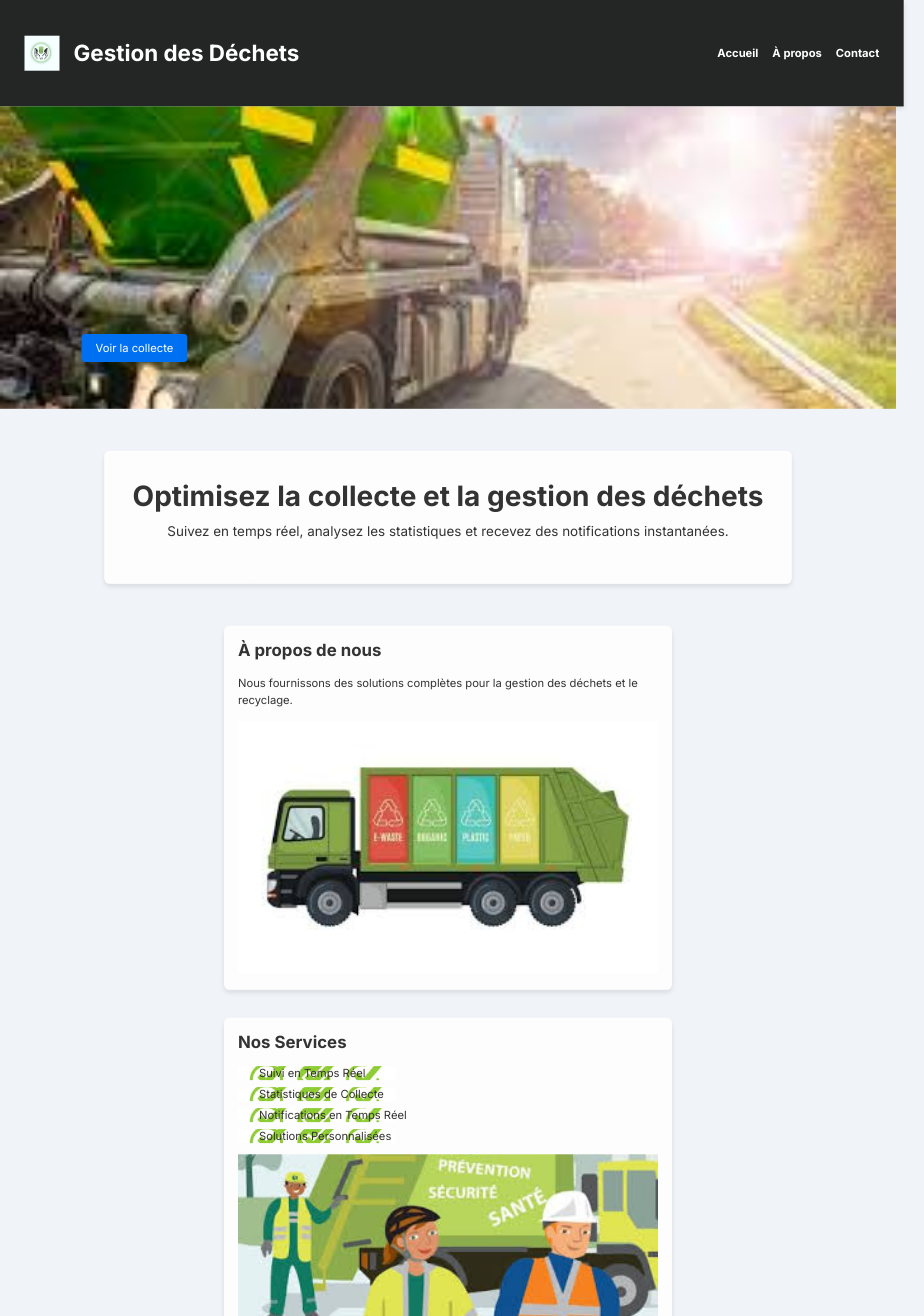
Repository: SystemInfoGeo/QGISproject
Page: / (app in NEXT/)
These files come from the project's save history. The page is drawn as it stood at one moment and after a run of saves; the edit follows.
The browser window is 1280 px wide. The page is 1320 px wide, so the pictures cover 1320 px, including what lies to the right of the window. The pictures show the part of the page from y = 0 to 1880 px (the page is 2753 px tall), at 70% of full size.
The project was rebuilt for these pictures with package versions that can differ from the ones it lists, and the page was loaded fresh each time. The framework's server and built-in components were replaced by stand-ins that run in the browser. Also part of the build but not shown: NEXT/next.config.mjs.

Above is the page before, as saved 2024-06-21 18:47:26.

### NEXT/app/layout.tsx
import type { Metadata } from 'next';
import { Inter } from 'next/font/google';
import './globals.css';

const inter = Inter({ subsets: ['latin'] });

export const metadata: Metadata = {
  title: 'Gestion de la Collecte des Déchets',
  description: 'Application de gestion de la collecte des déchets',
};

export default function RootLayout({
  children,
}: Readonly<{
  children: React.ReactNode;
}>) {
  return (
    <html lang="fr">
      <body className={inter.className}>{children}</body>
    </html>
  );
}

### NEXT/app/page.tsx
'use client';

import { useRouter } from 'next/navigation';
import Image from 'next/image';
import styles from './page.module.css';

export default function Home() {
  const router = useRouter();

  const navigateToCollect = () => {
    router.push('collect');
  };

  return (
    <div className={styles.container}>
      <header className={styles.header}>
        <div className={styles.logoContainer}>
          <Image src="/images/logo.jpg" alt="Logo" width={50} height={50} />
          <h1>Gestion des Déchets</h1>
        </div>
        <nav className={styles.nav}>
          <ul>
            <li><a href="#">Accueil</a></li>
            <li><a href="#about">À propos</a></li>
            <li><a href="#contact">Contact</a></li>
          </ul>
        </nav>
      </header>
      <section className={styles.backgroundSection}>
        <button className={styles.backgroundButton} onClick={navigateToCollect}>Voir la collecte</button>
      </section>
      <main className={styles.main}>
        <section className={styles.hero}>
          <h2>Optimisez la collecte et la gestion des déchets</h2>
          <p>Suivez en temps réel, analysez les statistiques et recevez des notifications instantanées.</p>
        </section>
        <section className={styles.section} id="about">
          <h2>À propos de nous</h2>
          <p>Nous fournissons des solutions complètes pour la gestion des déchets et le recyclage.</p>
          <Image src="/images/img2.jpg" alt="Camion de collecte" width={600} height={400} />
        </section>
        <section className={styles.section} id="services">
          <h2>Nos Services</h2>
          <ul>
            <li>Suivi en Temps Réel</li>
            <li>Statistiques de Collecte</li>
            <li>Notifications en Temps Réel</li>
            <li>Solutions Personnalisées</li>
          </ul>
          <Image src="/images/img1.jpg" alt="Services de gestion des déchets" width={600} height={400} />
        </section>
        <section className={styles.section} id="impact">
          <h2>Impact des Déchets</h2>
          <blockquote>
            "La gestion des déchets est cruciale pour protéger notre environnement et notre santé."
          </blockquote>
          <p>Les déchets non gérés correctement peuvent entraîner des conséquences graves pour l'environnement, notamment la pollution de l'air, de l'eau et des sols. La collecte et le recyclage efficaces des déchets réduisent l'empreinte carbone, préservent les ressources naturelles et protègent la biodiversité.</p>
          <Image src="/images/img3.jpg" alt="Impact des déchets" width={600} height={400} />
        </section>
      </main>
      <footer className={styles.footer} id="contact">
        <p>&copy; 2024 Gestion des Déchets. Tous droits réservés.</p>
        <p>Contact: <a href="mailto:contact@gestiondechets.com">contactez_nous@gestiondechets.com</a></p>
      </footer>
    </div>
  );
}

### NEXT/app/globals.css
/* app/globals.css */

body {
  font-family: Arial, sans-serif;
  margin: 0;
  padding: 0;
  box-sizing: border-box;
  background-color: #f0f4f8;
}

h1, h2, h3 {
  font-family: 'Inter', sans-serif;
}

p {
  line-height: 1.6;
  margin: 0 0 1em;
}

a {
  color: #0070f3;
  text-decoration: none;
}

a:hover {
  text-decoration: underline;
}

img {
  max-width: 100%;
  height: auto;
}

button {
  font-family: 'Inter', sans-serif;
  cursor: pointer;
}

blockquote {
  font-style: italic;
  color: #555;
  border-left: 4px solid #4caf50;
  padding-left: 20px;
  margin: 10px 0;
}

### NEXT/app/page.module.css
/* app/page.module.css */

.container {
  display: flex;
  flex-direction: column;
  min-height: 100vh;
  color: #333;
  position: relative;
  z-index: 1;
}

.header {
  display: flex;
  justify-content: space-between;
  align-items: center;
  padding: 35px;
  background-color: rgba(0, 0, 0, 0.85);
  color: white;
  width: 95.4%;
  box-shadow: 0 4px 8px rgba(0, 0, 0, 0.1);
  backdrop-filter: blur(5px);
}

.logoContainer {
  display: flex;
  align-items: center;
}

.logoContainer h1 {
  margin-left: 20px;
}

.nav ul {
  list-style: none;
  display: flex;
  gap: 20px;
}

.nav ul li {
  margin: 0;
}

.nav ul li a {
  color: white;
  text-decoration: none;
  font-weight: bold;
}

.nav ul li a:hover {
  text-decoration: underline;
}

.backgroundSection {
  background: url('/images/back.jpeg') no-repeat center center;
  background-size: cover;
  width: 100%;
  height: 60vh;
  display: flex;
  justify-content: center;
  align-items: center;
  position: relative;
}

.backgroundButton {
  position: absolute;
  left: 15%;
  top: 80%;
  transform: translate(-50%, -50%);
  padding: 10px 20px;
  background-color: #0070f3;
  color: #fff;
  border: none;
  cursor: pointer;
  border-radius: 5px;
  font-size: 1em;
}

.backgroundButton:hover {
  background-color: #005bb5;
}

.main {
  padding: 20px;
  flex: 1;
  display: flex;
  flex-direction: column;
  align-items: center;
}

.hero {
  text-align: center;
  margin: 40px 0;
  background: rgba(255, 255, 255, 0.85);
  padding: 40px;
  border-radius: 8px;
  box-shadow: 0 4px 8px rgba(0, 0, 0, 0.1);
}

.hero h2 {
  font-size: 2.5em;
  margin: 0;
}

.hero p {
  font-size: 1.2em;
  margin: 10px 0 20px;
}

.section {
  background: rgba(255, 255, 255, 0.85);
  padding: 20px;
  margin: 20px;
  border-radius: 8px;
  width: 100%;
  max-width: 600px;
  box-shadow: 0 4px 8px rgba(0, 0, 0, 0.1);
}

.section h2 {
  margin-top: 0;
}

.section ul {
  list-style: none;
  padding: 0;
}

.section ul li {
  background: url('/images/check.jpg') no-repeat left center;
  padding-left: 30px;
  margin: 10px 0;
}

.section blockquote {
  font-style: italic;
  color: #555;
  border-left: 4px solid #4caf50;
  padding-left: 20px;
  margin: 10px 0;
}

.button {
  padding: 10px 20px;
  background-color: #0070f3;
  color: #fff;
  border: none;
  cursor: pointer;
  border-radius: 5px;
  font-size: 1em;
}

.button:hover {
  background-color: #005bb5;
}

.footer {
  text-align: center;
  padding: 20px;
  background-color: rgba(51, 51, 51, 0.85);
  color: white;
  width: 100%;
  position: relative;
  z-index: 1;
}

.footer a {
  color: #4caf50;
  text-decoration: none;
}

.footer a:hover {
  text-decoration: underline;
}

After the next 2 saves:
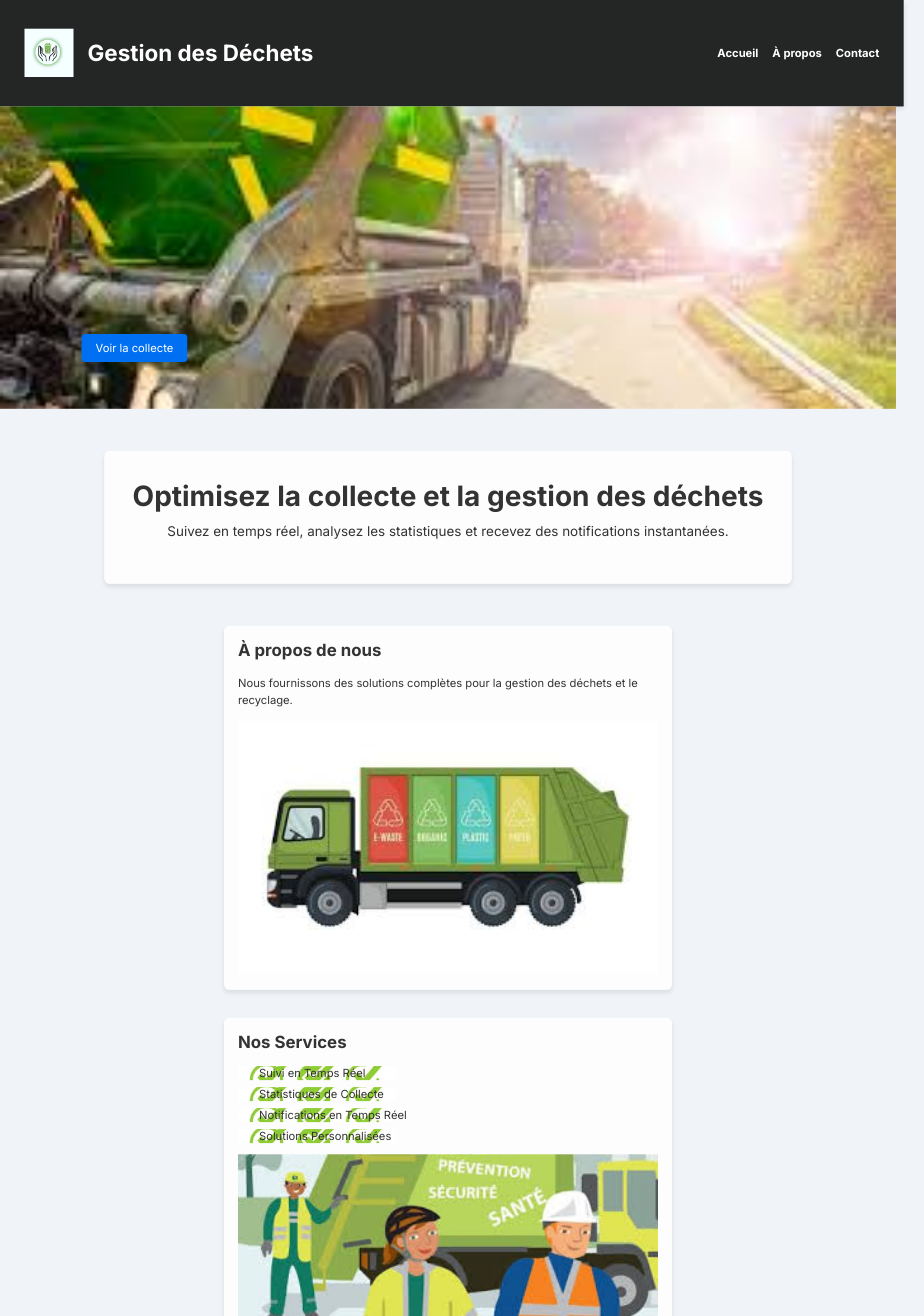
The 2 saves are shown as one change because they came seconds apart.
The last was saved 93 s later.
--- a/NEXT/app/page.tsx
+++ b/NEXT/app/page.tsx
@@ -15,7 +15,7 @@
     <div className={styles.container}>
       <header className={styles.header}>
         <div className={styles.logoContainer}>
-          <Image src="/images/logo.jpg" alt="Logo" width={50} height={50} />
+          <Image src="/images/logo.jpg" alt="Logo" width={70} height={50} />
           <h1>Gestion des Déchets</h1>
         </div>
         <nav className={styles.nav}>
